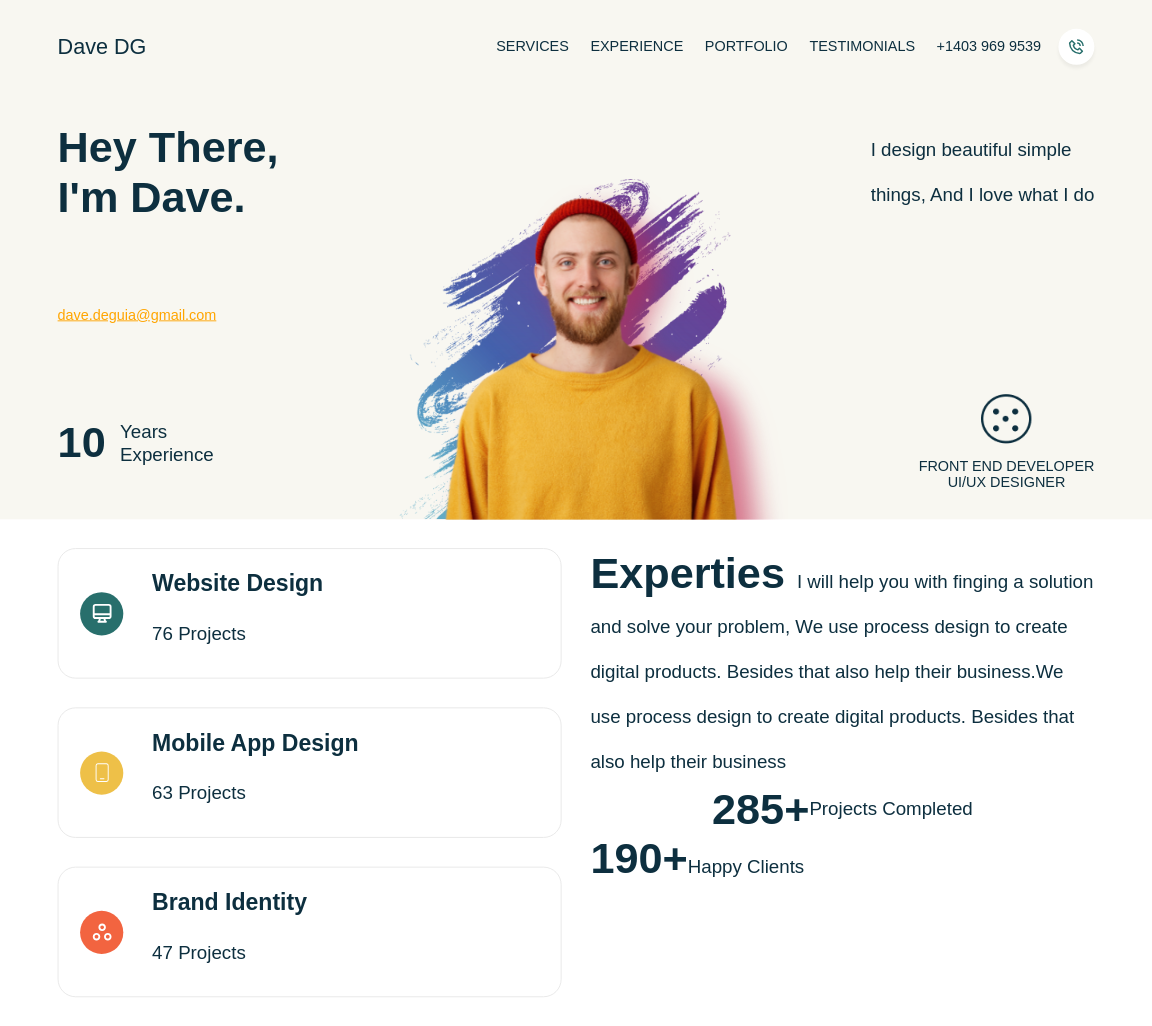
Repository: davedeguia/framer-motion-portfolio
Page: /
The author's editor kept a copy of each file at every save. The page is drawn from the files as they stood at one save, then again after the next save.
The browser window is 1280 px wide. The pictures show the whole page, at 90% of full size.
Some web fonts or font styles are not loaded; a fallback is used. The project was rebuilt for these pictures with package versions that can differ from the ones it lists, and the page was loaded fresh each time. Also part of the build but not shown: vite.config.js.

Above is the page before, as saved 2023-02-10 16:29:47.

After the next save:
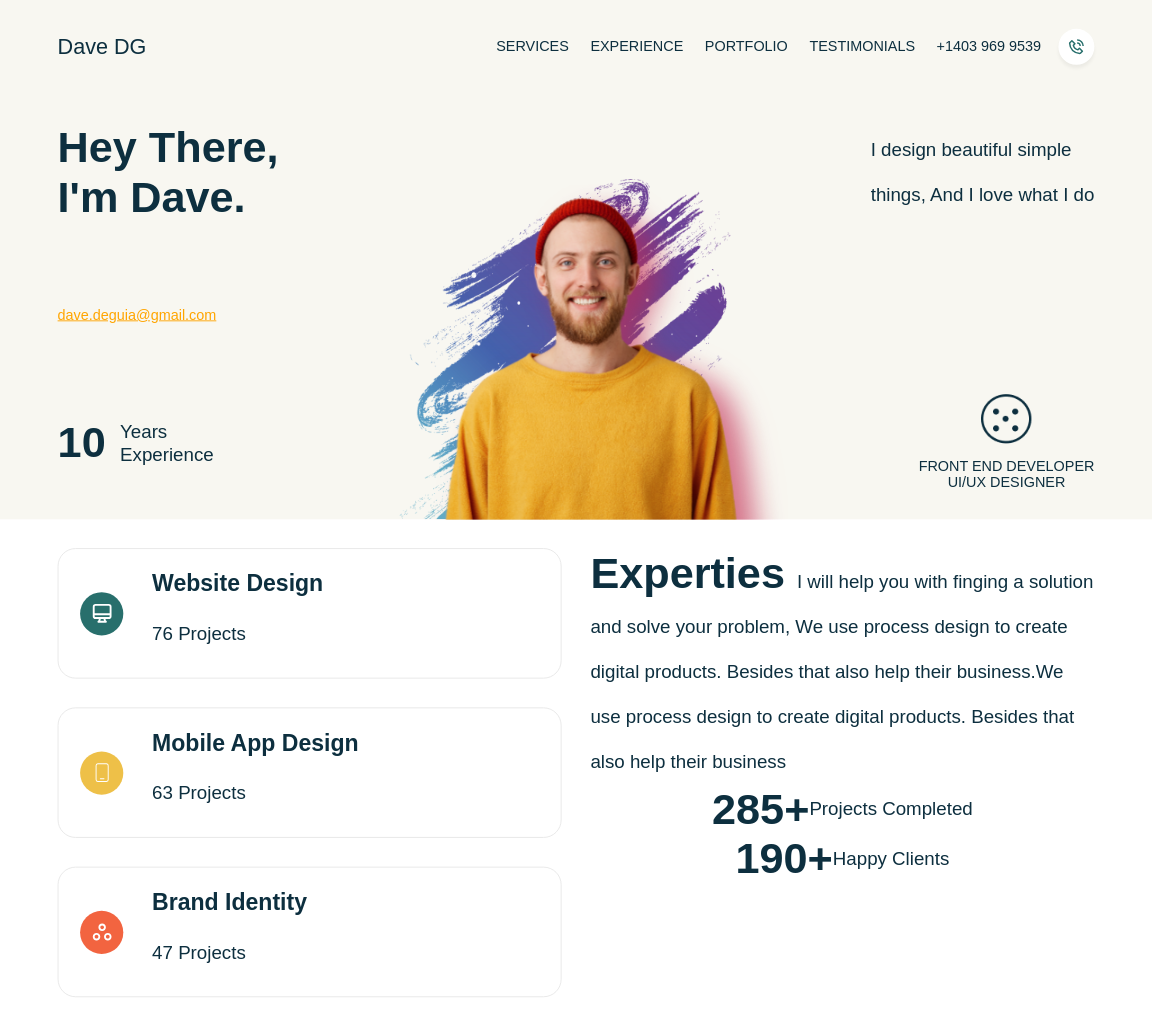
Saved 11 s later.
--- a/src/components/Experties/Experties.jsx
+++ b/src/components/Experties/Experties.jsx
@@ -41,7 +41,7 @@ const Experties = () => {
             </div>
           </div>
 
-          <div className={`{css.stat}`}>
+          <div className={`flexCenter ${css.stat}`}>
             <span className='primaryText'>190+</span>
             <span className='secondaryText'>Happy Clients</span>
           </div>
